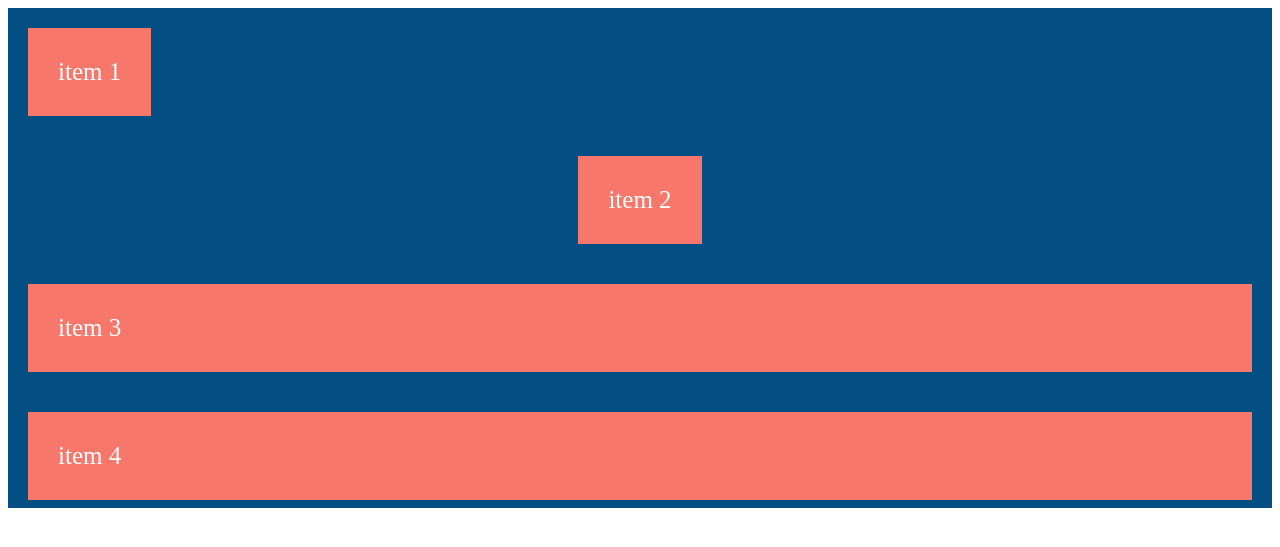
Repository: mehmetbuber38/flex
Page: flex-item-properties.html
These files come from the project's save history. The page is drawn as it stood at one moment and after the next save; the edit follows.
The browser window is 1280 px wide. The pictures show the whole page.

Above is the page before, as saved 2022-01-31 20:29:08.

### flex-item-properties.html
<!DOCTYPE html>
<html lang="en">

<head>
    <meta charset="UTF-8">
    <meta http-equiv="X-UA-Compatible" content="IE=edge">
    <meta name="viewport" content="width=device-width, initial-scale=1.0">
    <title>Flex Container</title>
</head>
<style>
    .container {
        display: flex;
        flex-direction: column;
        /* align-items: flex-end; */
        height: 500px;
        background-color: #034f84;

    }

    .item-1 {

        align-self: flex-start;
    }

    .item-2 {
        align-self: center;
    }

    .item {
        background-color: #f7786b;
        padding: 30px;
        margin: 20px;
        color: #fff;
        font-size: 25px;
    }
</style>

<body>
    <div class="container">
        <div class="item item-1">item 1</div>
        <div class="item item-2">item 2</div>
        <div class="item item-3">item 3</div>
        <div class="item item-4">item 4</div>

    </div>

</body>

</html>

After the next save:
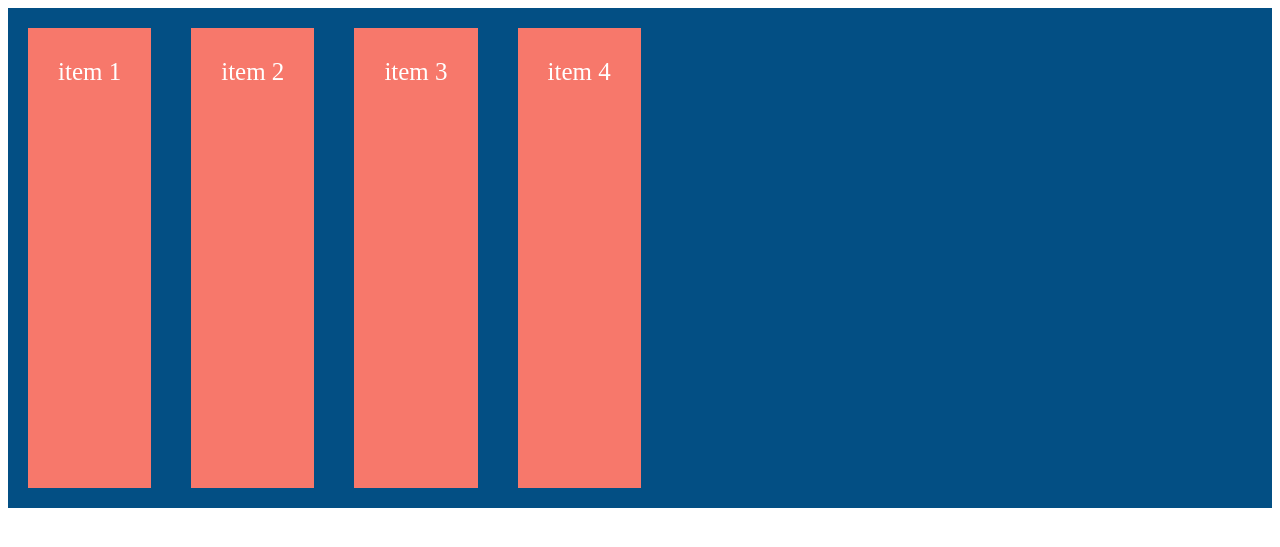
Saved 42 s later.
--- a/flex-item-properties.html
+++ b/flex-item-properties.html
@@ -10,21 +10,15 @@
 <style>
     .container {
         display: flex;
-        flex-direction: column;
-        /* align-items: flex-end; */
+
         height: 500px;
         background-color: #034f84;
 
     }
 
-    .item-1 {
+    .item-1 {}
 
-        align-self: flex-start;
-    }
-
-    .item-2 {
-        align-self: center;
-    }
+    .item-2 {}
 
     .item {
         background-color: #f7786b;
